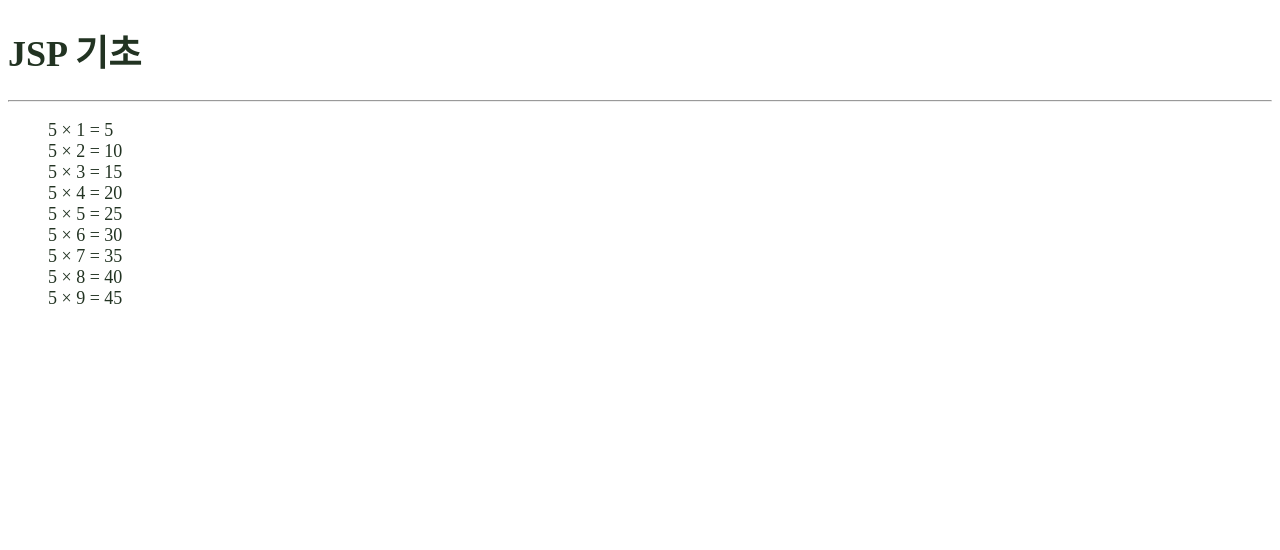
Repository: god5228god/Jsp
Page: http://localhost/WebApp05/JspTest010.jsp
The author's editor kept a copy of each file at every save. The page is drawn from the files as they stood at one save, then again after the next save.
The browser window is 1280 px wide. The pictures show the whole page.
The page is served by Tomcat 9.

Above is the page before, as saved 2026-02-27 07:11:16.

### WebApp05/WebContent/JspTest010.jsp
<%@ page contentType="text/html; charset=UTF-8"%>
<%
	StringBuffer sb = new StringBuffer();
	sb.append("<ul>");
	for(int i = 1; i<=9; i++)
	{
		sb.append("<li>" + 5  + " × " + i + " = " + (5*i) + "</li>");
	}
	sb.append("</ul>");

%>
<!DOCTYPE html>
<html>
<head>
<meta charset="UTF-8">
<title>JspTest010.jsp</title>
<link rel="stylesheet" type="text/css" href="css/main.css" />
<style type="text/css">
	li{list-style: none;}
</style>
</head>
<body>

<div>
	<h1>JSP 기초</h1>
	<hr />
</div>

<!--
	○ 스크립릿 / 표현식 실습
	- 구구단 중에서 5단을 출력하는 JSP 페이지를 구현한다.
	- 요청 주소는
		http://localhost:3306/WebApp05/JspTest010.jsp로 한다.
	- 반복문을 활용한다.
 -->

<div><%= sb.toString() %></div>
</body>
</html>

### WebApp05/WebContent/css/main.css
@charset "UTF-8";

*
{
	color: #223322;
	font-family: 나눔고딕코딩;
}

body, p, div, span, input, table, th, td, select
{
	font-size: 18px;
}

.control
{
	border: 1px solid gray;
	border-radius: 3px ;
}

.table
{
	border-collapse: collapse;
	width: 100%;
}

.table th, .table td
{
	border: 1px solid gray;
	border-left: 0;
	border-right: 0;
	padding: 3px;
	line-height: 150%;
}

.table th
{
	font-weight: bold;
	background-color: #eee;
}

.btn
{
	font-weight: bold;
	font-family: 맑은 고딕;

}

.btn:hover
{
	color: #fff;
	background-color: #778877;
}
input[type="text"]:focus
{
	background-color: #dcfccf;
}

After the next save:
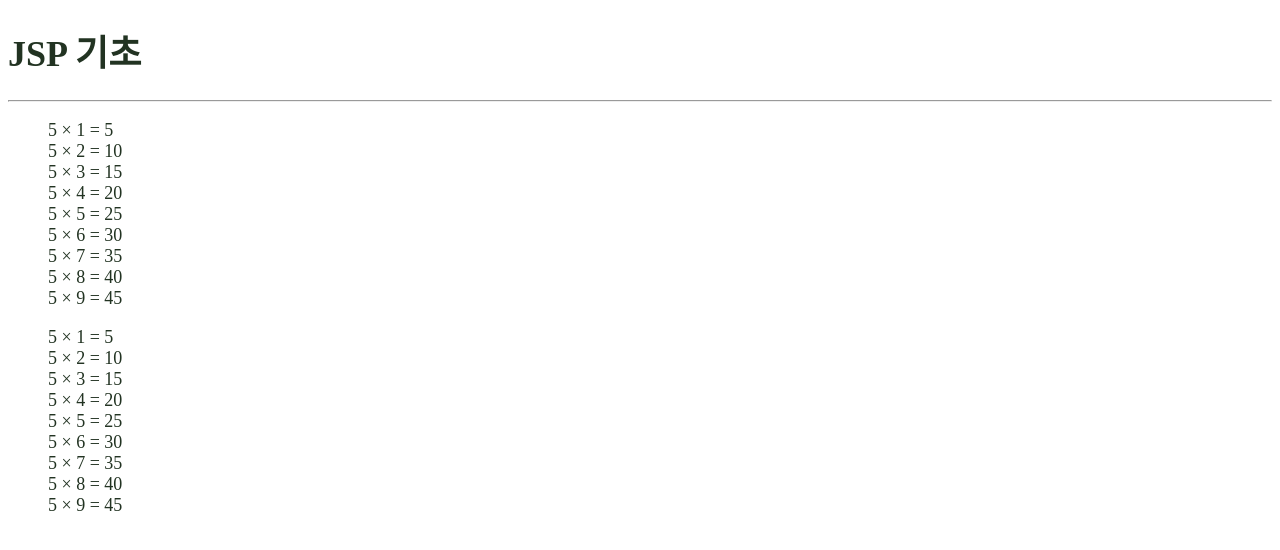
Saved 71 s later.
--- a/WebApp05/WebContent/JspTest010.jsp
+++ b/WebApp05/WebContent/JspTest010.jsp
@@ -34,6 +34,7 @@
 	- 반복문을 활용한다.
  -->
 
+<div><%= sb %></div>
 <div><%= sb.toString() %></div>
 </body>
 </html>

After the save that followed:
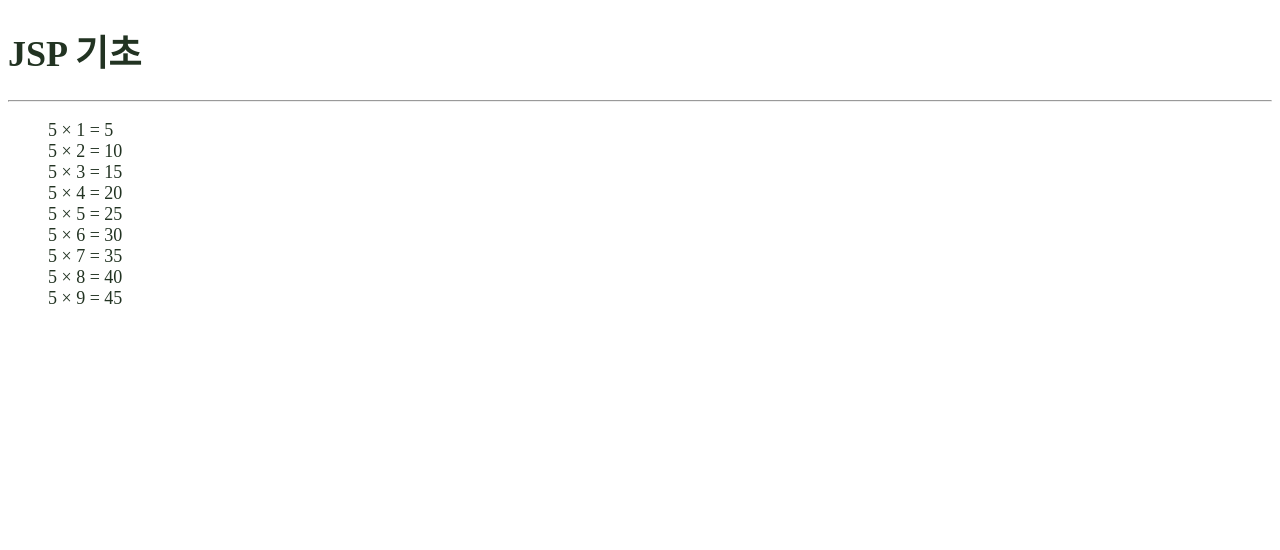
Saved 11 s later.
--- a/WebApp05/WebContent/JspTest010.jsp
+++ b/WebApp05/WebContent/JspTest010.jsp
@@ -34,7 +34,6 @@
 	- 반복문을 활용한다.
  -->
 
-<div><%= sb %></div>
 <div><%= sb.toString() %></div>
 </body>
 </html>
